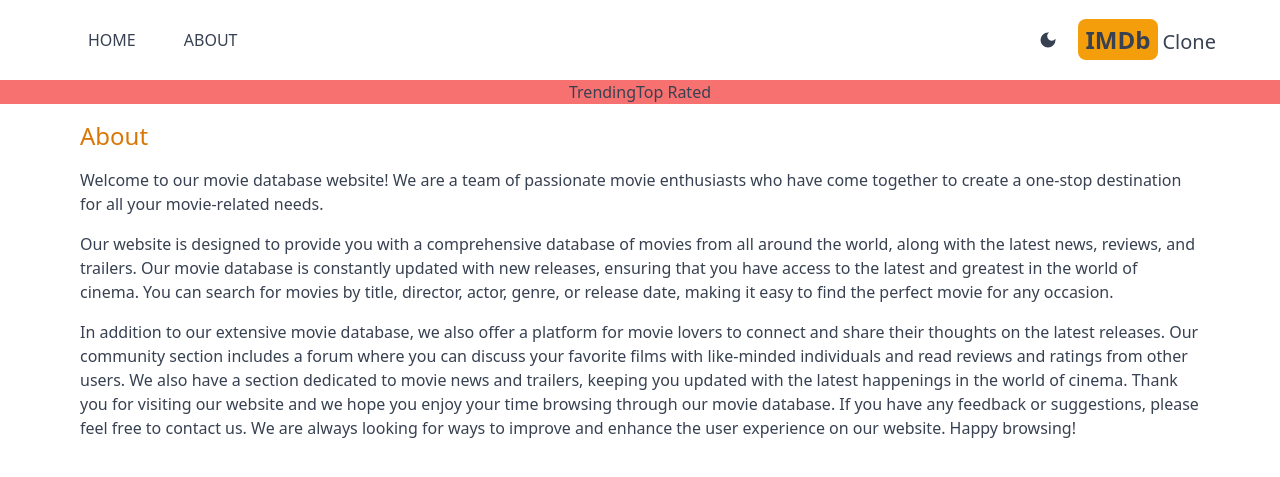
Repository: dnjfht/imdb
Page: /about
An editor plug-in stored every save of this project. The page is shown before and after the next save, followed by the edit.
The browser window is 1280 px wide. The pictures show the whole page.
The project was rebuilt for these pictures with package versions that can differ from the ones it lists, and the page was loaded fresh each time. The framework's server and built-in components were replaced by stand-ins that run in the browser. Also part of the build but not shown: next.config.js.

Above is the page before, as saved 2023-10-02 13:17:28.

### src/app/layout.js
import Providers from "./Providers";
import Header from "./components/Header";
import Navbar from "./components/Navbar";
import "./globals.css";

export const metadata = {
  title: "IMDb Clobe",
  description: "This is the IMDb clone website",
};

export default function RootLayout({ children }) {
  return (
    <html lang="en">
      <head>
        <link rel="icon" href="/favicon.ico" />
      </head>

      <body>
        <Providers>
          {/* Header */}
          <Header />

          {/* Navbar */}
          <Navbar />

          {/* SearchBox */}

          {children}
        </Providers>
      </body>
    </html>
  );
}

### src/app/about/page.js
export default function About() {
  return (
    <div className="max-w-6xl sm:mx-auto p-4 space-y-4">
      <h1 className="text-2xl font-medium text-amber-600">About</h1>

      <p>
        Welcome to our movie database website! We are a team of passionate movie
        enthusiasts who have come together to create a one-stop destination for
        all your movie-related needs.
      </p>

      <p>
        Our website is designed to provide you with a comprehensive database of
        movies from all around the world, along with the latest news, reviews,
        and trailers. Our movie database is constantly updated with new
        releases, ensuring that you have access to the latest and greatest in
        the world of cinema. You can search for movies by title, director,
        actor, genre, or release date, making it easy to find the perfect movie
        for any occasion.
      </p>

      <p>
        In addition to our extensive movie database, we also offer a platform
        for movie lovers to connect and share their thoughts on the latest
        releases. Our community section includes a forum where you can discuss
        your favorite films with like-minded individuals and read reviews and
        ratings from other users. We also have a section dedicated to movie news
        and trailers, keeping you updated with the latest happenings in the
        world of cinema. Thank you for visiting our website and we hope you
        enjoy your time browsing through our movie database. If you have any
        feedback or suggestions, please feel free to contact us. We are always
        looking for ways to improve and enhance the user experience on our
        website. Happy browsing!
      </p>
    </div>
  );
}

### src/app/Providers.jsx
"use client";

import { ThemeProvider } from "next-themes";

export default function Providers({ children }) {
  return (
    <ThemeProvider enableSystem={true} attribute="class">
      <div className="dark:bg-gray-700 dark:text-gray-200 text-gray-700 transition-color duration-300 min-h-screen select-none">
        {children}
      </div>
    </ThemeProvider>
  );
}

### src/app/components/Header.jsx
import Link from "next/link";
import MenuItem from "./MenuItem";

import { AiFillHome } from "react-icons/ai";
import { HiInformationCircle } from "react-icons/hi";
import DarkModeSwitch from "./DarkModeSwitch";

export default function Header() {
  return (
    <div className="flex items-center justify-between mx-2 max-w-6xl sm:mx-auto py-6">
      <div className="flex">
        <MenuItem title="HOME" address="/" Icon={AiFillHome} />
        <MenuItem title="ABOUT" address="/about" Icon={HiInformationCircle} />
      </div>

      <div className="flex items-center space-x-5">
        <DarkModeSwitch />

        <Link href="/">
          <h2 className="text-2xl">
            <span className="font-bold bg-amber-500 py-1 px-2 rounded-lg mr-1">
              IMDb
            </span>
            <span className="text-xl hidden sm:inline">Clone</span>
          </h2>
        </Link>
      </div>
    </div>
  );
}

### src/app/components/Navbar.jsx
import NavbarItem from "./NavbarItem";

export default function Navbar() {
  return (
    <div className="flex justify-center dark:bg-gray-600 bg-red-400">
      <NavbarItem title="Trending" param="fetchTrending" />
      <NavbarItem title="Top Rated" param="fetchTopRated" />
    </div>
  );
}

### src/app/components/MenuItem.jsx
import Link from "next/link";

export default function MenuItem({ title, address, Icon }) {
  return (
    <div>
      <Link href={address} className="mx-4 lg:mx-6 hover:text-amber-600">
        {/* 페이지를 새로 고치지 않고 해당 웹사이트, 해당 URL로 이동. */}
        <Icon className="text-2xl sm:hidden mx-4" />
        <p className="hidden sm:inline my-2 text-small">{title}</p>
      </Link>
    </div>
  );
}

### src/app/components/DarkModeSwitch.jsx
"use client";

import { useTheme } from "next-themes";
import { useEffect, useState } from "react";
import { MdDarkMode } from "react-icons/md";
import { MdLightMode } from "react-icons/md";

export default function DarkModeSwitch() {
  const { systemTheme, theme, setTheme } = useTheme();
  const [mounted, setMounted] = useState(false);

  useEffect(() => setMounted(true), []);

  const currentTheme = theme === "system" ? systemTheme : theme;

  return (
    <>
      {mounted &&
        (currentTheme === "dark" ? (
          <MdLightMode
            className="text-xl cursor-pointer hover:text-amber-500"
            onClick={() => {
              setTheme("light");
            }}
          />
        ) : (
          <MdDarkMode
            className="text-xl cursor-pointer hover:text-amber-500"
            onClick={() => {
              setTheme("dark");
            }}
          />
        ))}
    </>
  );
}

### src/app/components/NavbarItem.jsx
import Link from "next/link";

export default function NavbarItem({ title, param }) {
  return (
    <div>
      <Link href={`/?genre=${param}`}>{title}</Link>
    </div>
  );
}

Loaded but not shown: src/app/globals.css (common file); tailwind.config.js (common file)

After the next save:
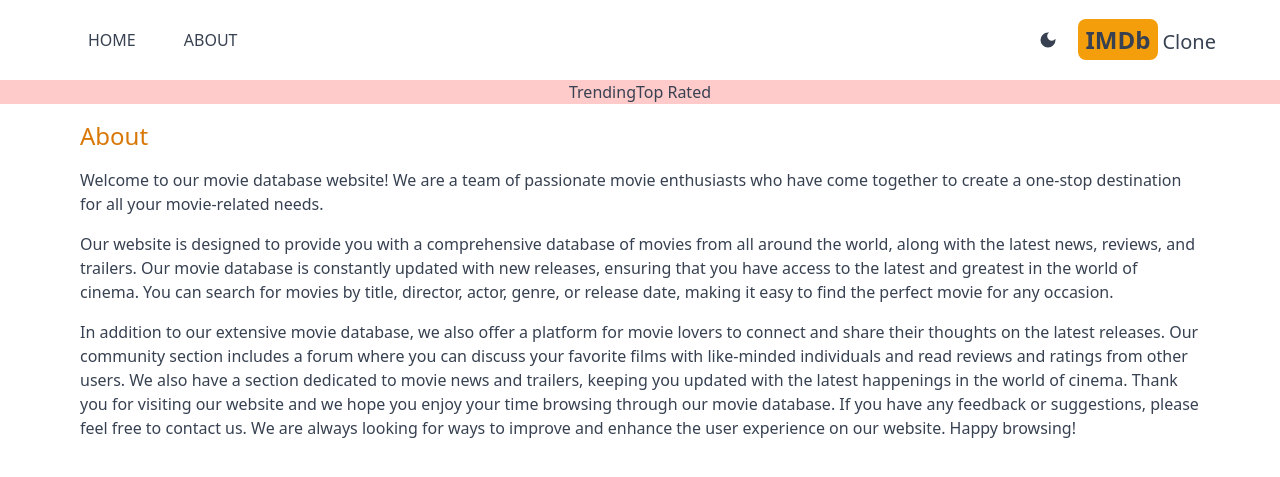
Saved 7 s later.
--- a/src/app/components/Navbar.jsx
+++ b/src/app/components/Navbar.jsx
@@ -2,7 +2,7 @@
 
 export default function Navbar() {
   return (
-    <div className="flex justify-center dark:bg-gray-600 bg-red-400">
+    <div className="flex justify-center dark:bg-gray-600 bg-red-200">
       <NavbarItem title="Trending" param="fetchTrending" />
       <NavbarItem title="Top Rated" param="fetchTopRated" />
     </div>
